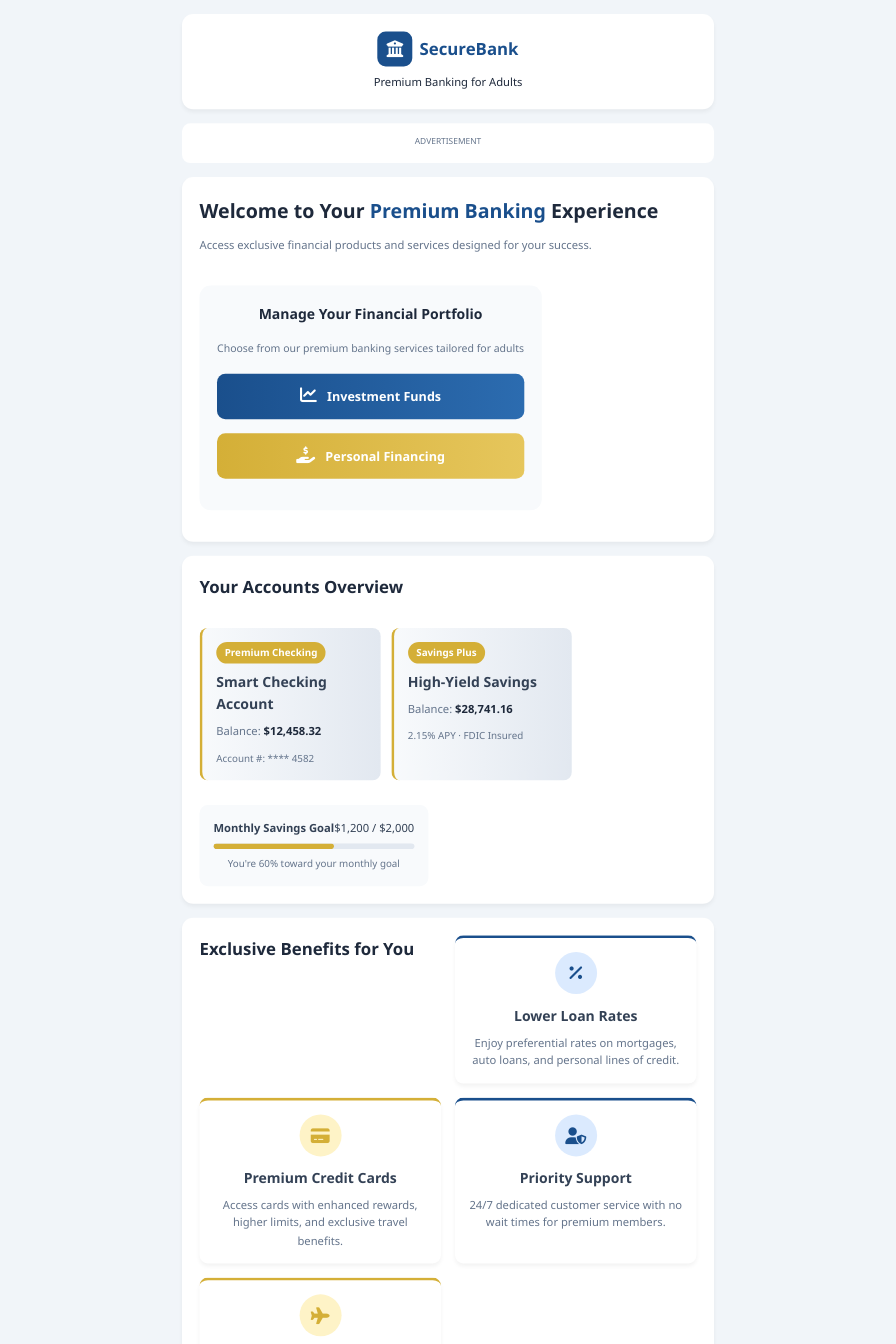
Repository: meenadabhii/loancalculator.nurcodes.com
Page: fin24.html
An editor plug-in stored every save of this project. The page is shown before and after the next save, followed by the edit.
The browser window is 1280 px wide. The pictures show the part of the page from y = 0 to 1920 px (the page is 3464 px tall before and 3387 px after), at 70% of full size.

Above is the page before, as saved 2025-08-28 15:14:46.

After the next save:
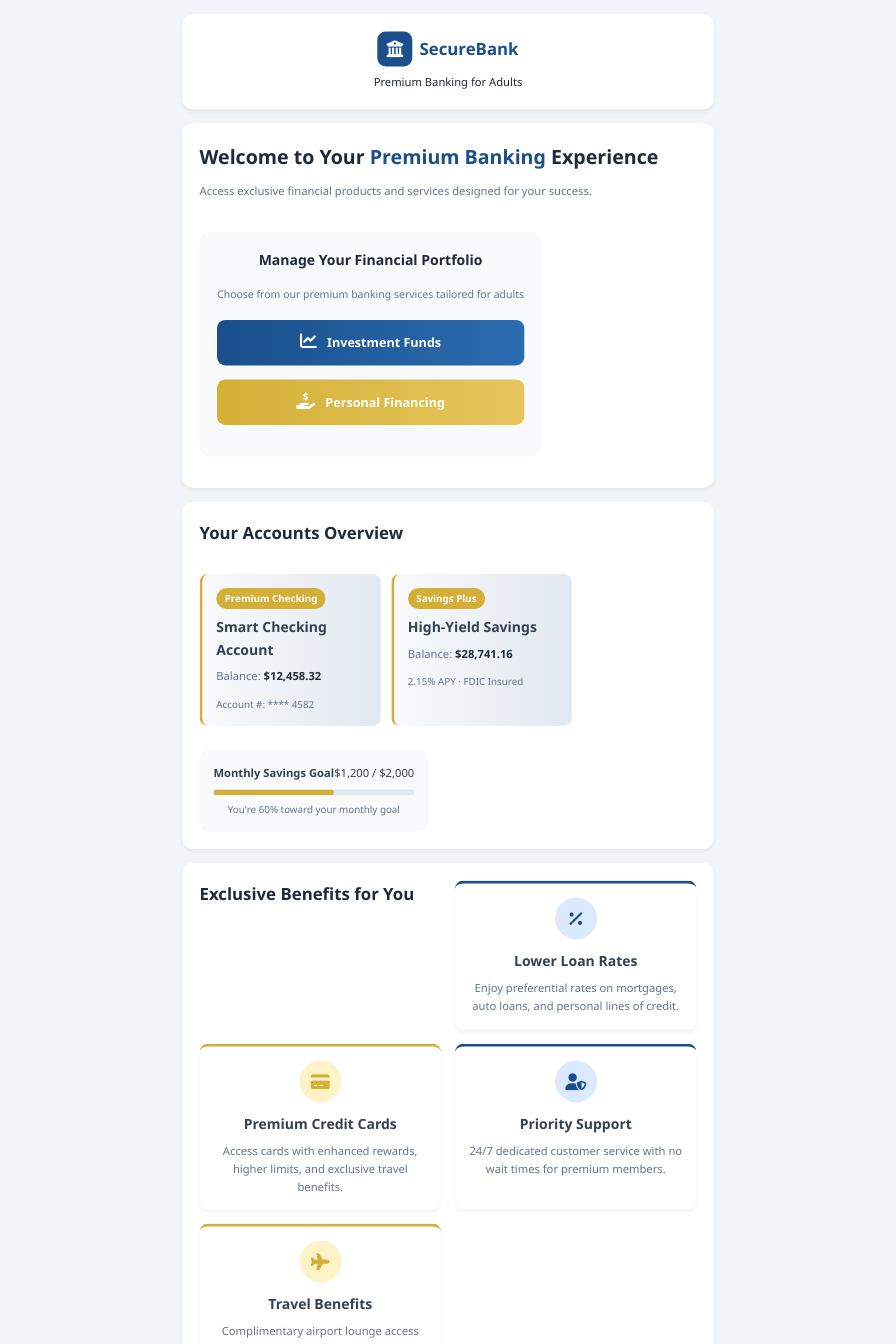
Saved 29 s later.
--- a/fin24.html
+++ b/fin24.html
@@ -220,16 +220,7 @@
             <p style="color: var(--dark-blue); font-size: 16px;">Premium Banking for Adults</p>
         </div>
 
-        <!-- ads unit  -->
-        <div class="ad-container">
-            <div class="ad-label">Advertisement</div>
-            <!-- Display Ad -->
-            <ins class="adsbygoogle" style="display:block" data-ad-client="ca-pub-9383584644305078"
-                data-ad-slot="2267542786" data-ad-format="auto" data-full-width-responsive="true"></ins>
-            <script>
-                (adsbygoogle = window.adsbygoogle || []).push({});
-            </script>
-        </div>
+
 
         <!-- Hero Section -->
         <div class="content-section" style="text-align: center;">
@@ -409,4 +400,4 @@
     </div>
 </body>
 
-</html>
+</html
